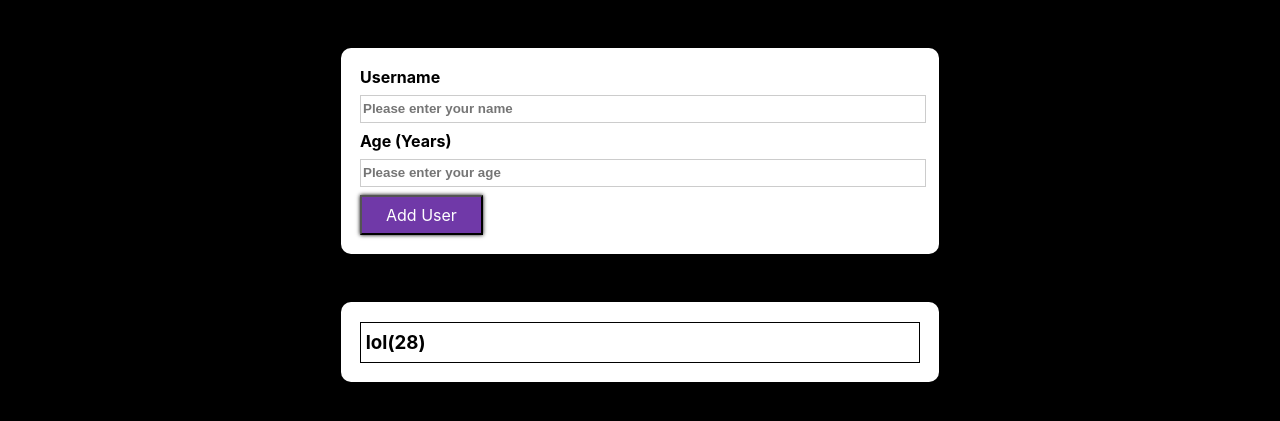
Repository: NamalPathirana/section-eight
Page: /
The author's editor kept a copy of each file at every save. The page is drawn from the files as they stood at one save, then again after the next save.
The browser window is 1280 px wide. The pictures show the whole page.
The project was rebuilt for these pictures with package versions that can differ from the ones it lists, and the page was loaded fresh each time.

Above is the page before, as saved 2021-11-26 04:08:29.

After the next save:
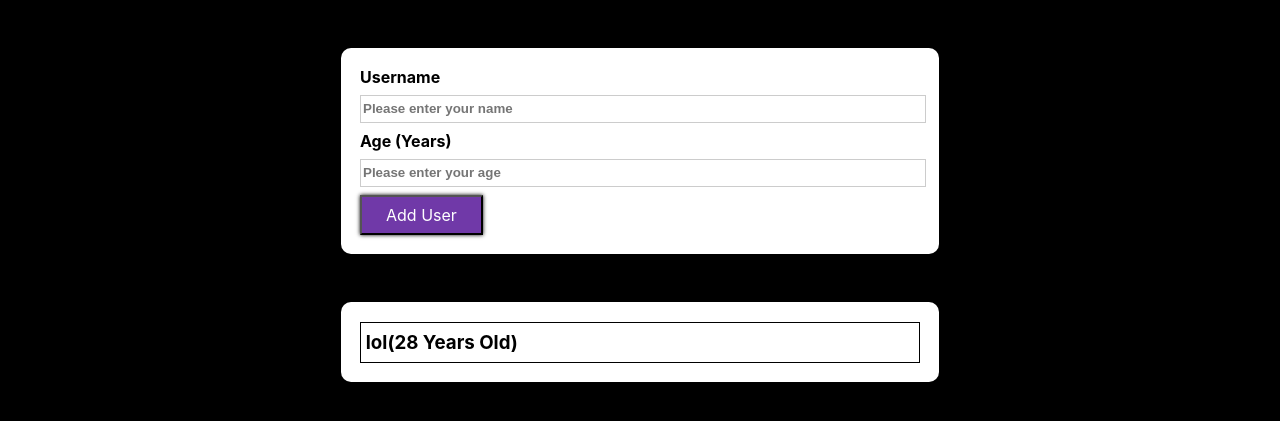
Saved 20 s later.
--- a/src/Components/UserListItem/UserListItem.js
+++ b/src/Components/UserListItem/UserListItem.js
@@ -4,7 +4,7 @@ import styles from './UserListItem.module.css';
 const UserListItem = (props) => {
     return(
         <div className={styles.list_item}>
-            <h3>{props.name}({props.age})</h3>
+            <h3>{props.name}({props.age} Years Old)</h3>
         </div>
     );
 }
